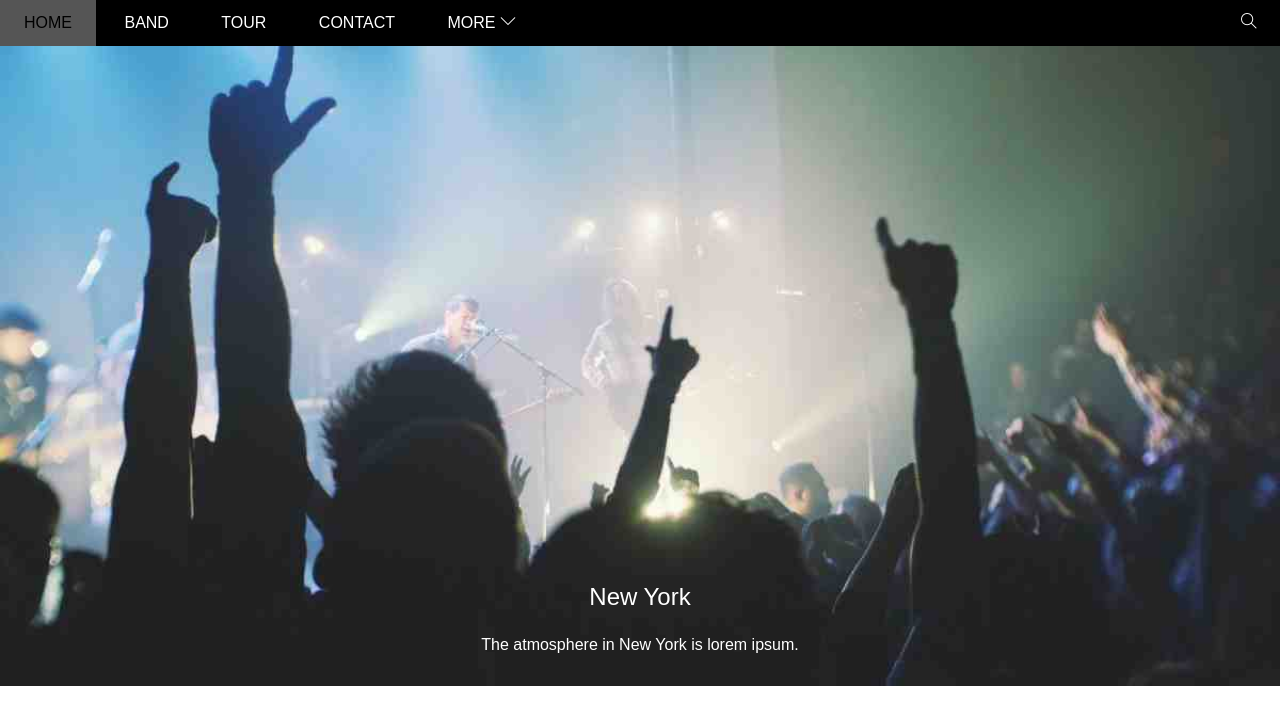
Repository: tung1233hhhhhhhhhhhhh/Website
Page: w3_band/index.html
The author's editor kept a copy of each file at every save. The page is drawn from the files as they stood at one save, then again after the next save.
The browser window is 1280 px wide. The pictures show the window.
A layer covers the whole window, so only the first screen is drawn.

Above is the page before, as saved 2023-02-18 17:15:52.

After the next save:
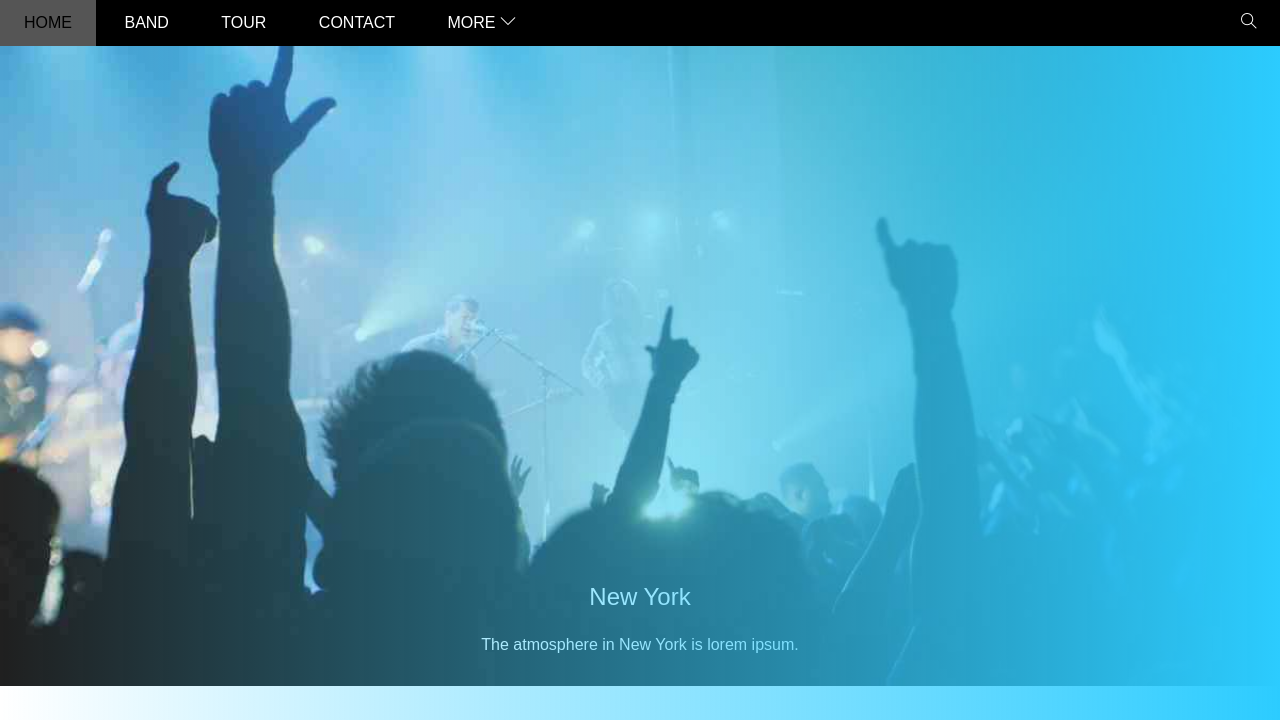
Saved 59 s later.
--- a/w3_band/assets/css/style.css
+++ b/w3_band/assets/css/style.css
@@ -400,4 +400,7 @@
     left: 0;
     right: 0;
     bottom: 0;
-}
+
+    background-image: linear-gradient(to right, rgba(140, 121, 121, 0), #2cccff);
+    ;
+}
